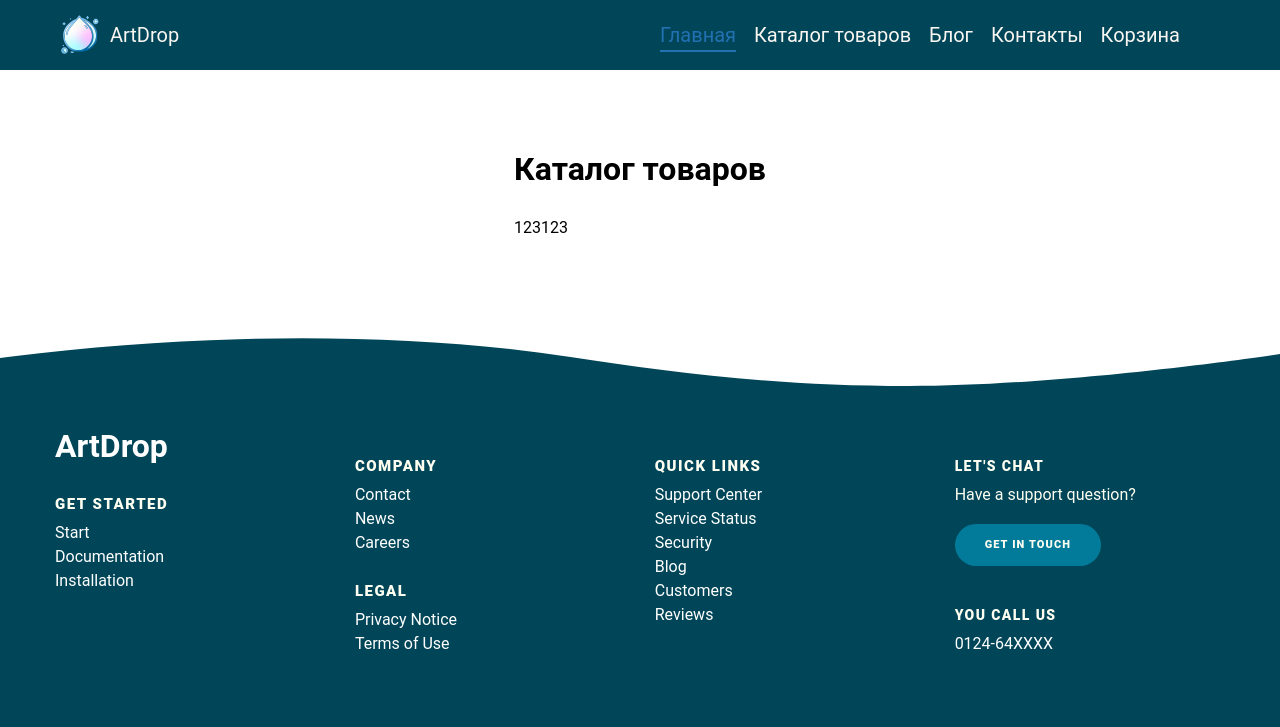
Repository: mnats725/art-drop
Page: pages/catalog.html
These files come from the project's save history. The page is drawn as it stood at one moment and after the next save; the edit follows.
The browser window is 1280 px wide. The pictures show the whole page.

Above is the page before, as saved 2024-05-21 13:11:06.
Console error: TypeError: Cannot read properties of null (reading 'querySelectorAll')

After the next save:
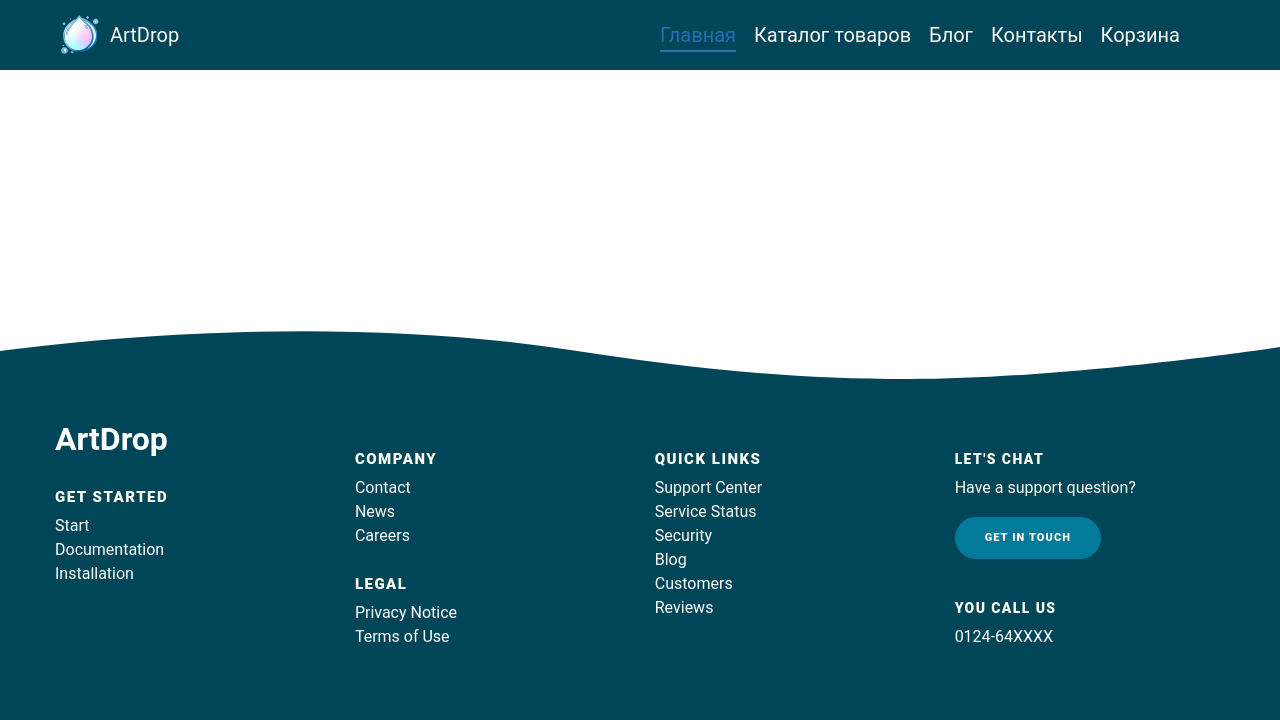
Saved 6 s later.
--- a/pages/catalog.html
+++ b/pages/catalog.html
@@ -37,8 +37,7 @@
     </div>
 
     <div class="content">
-        <h1 class="content-title">Каталог товаров</h1>
-        <div>123123</div>
+
     </div>
 
     <div class="pg-footer">
